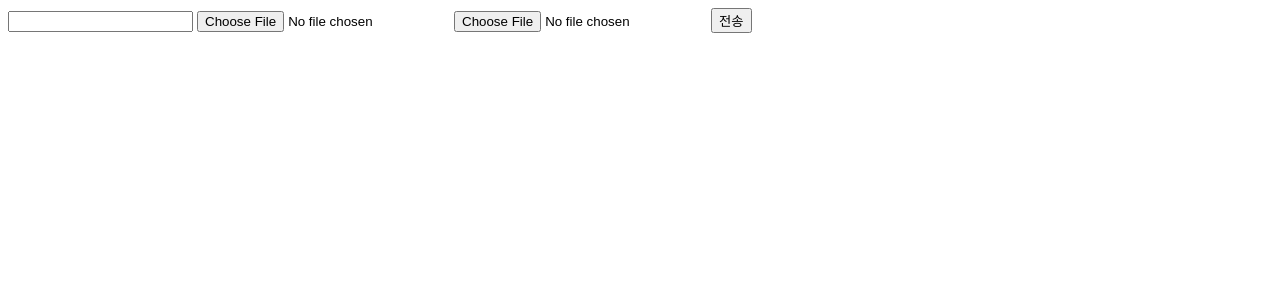
Repository: midrash/fileUpload-Test
Page: fileupload02-ajax/WebContent/fileupload/test01.html
An editor plug-in stored every save of this project. The page is shown before and after the next save, followed by the edit.
The browser window is 1280 px wide. The pictures show the whole page.

Above is the page before, as saved 2020-11-04 04:29:40.

After the next save:
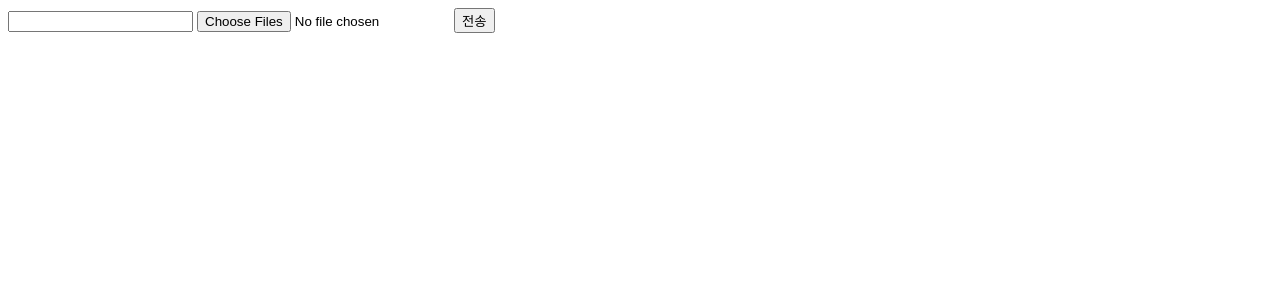
Saved 69 s later.
--- a/fileupload02-ajax/WebContent/fileupload/test01.html
+++ b/fileupload02-ajax/WebContent/fileupload/test01.html
@@ -7,8 +7,7 @@
 <body>
 	<form action="test.do" method="post" enctype="multipart/form-data">
 		<input type="text" name="msg">
-		<input type="file" name="attach1">
-		<input type="file" name="attach2">
+		<input type="file" name="attach" multiple>
 		<button>전송</button>
 	</form>
 </body>
